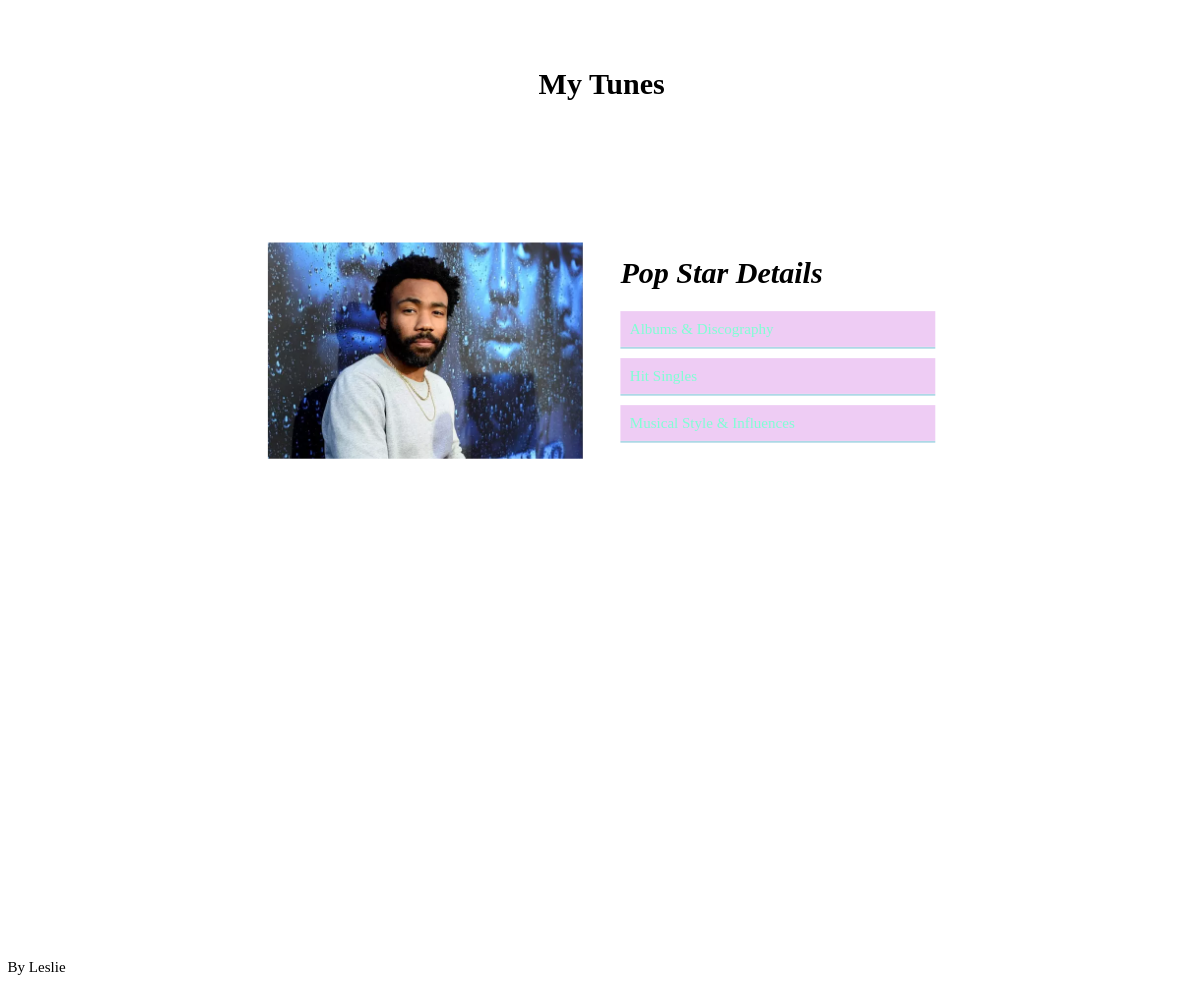
Repository: leslie179/labOne
Page: /
The author's editor kept a copy of each file at every save. The page is drawn from the files as they stood at one save, then again after the next save.
The browser window is 1280 px wide. The pictures show the whole page, at 94% of full size.
The project was rebuilt for these pictures with package versions that can differ from the ones it lists, and the page was loaded fresh each time. The framework's server and built-in components were replaced by stand-ins that run in the browser. Also part of the build but not shown: next.config.js, components/Footer/Footer.module.css.

Above is the page before, as saved 2024-09-15 22:41:57.

After the next save:
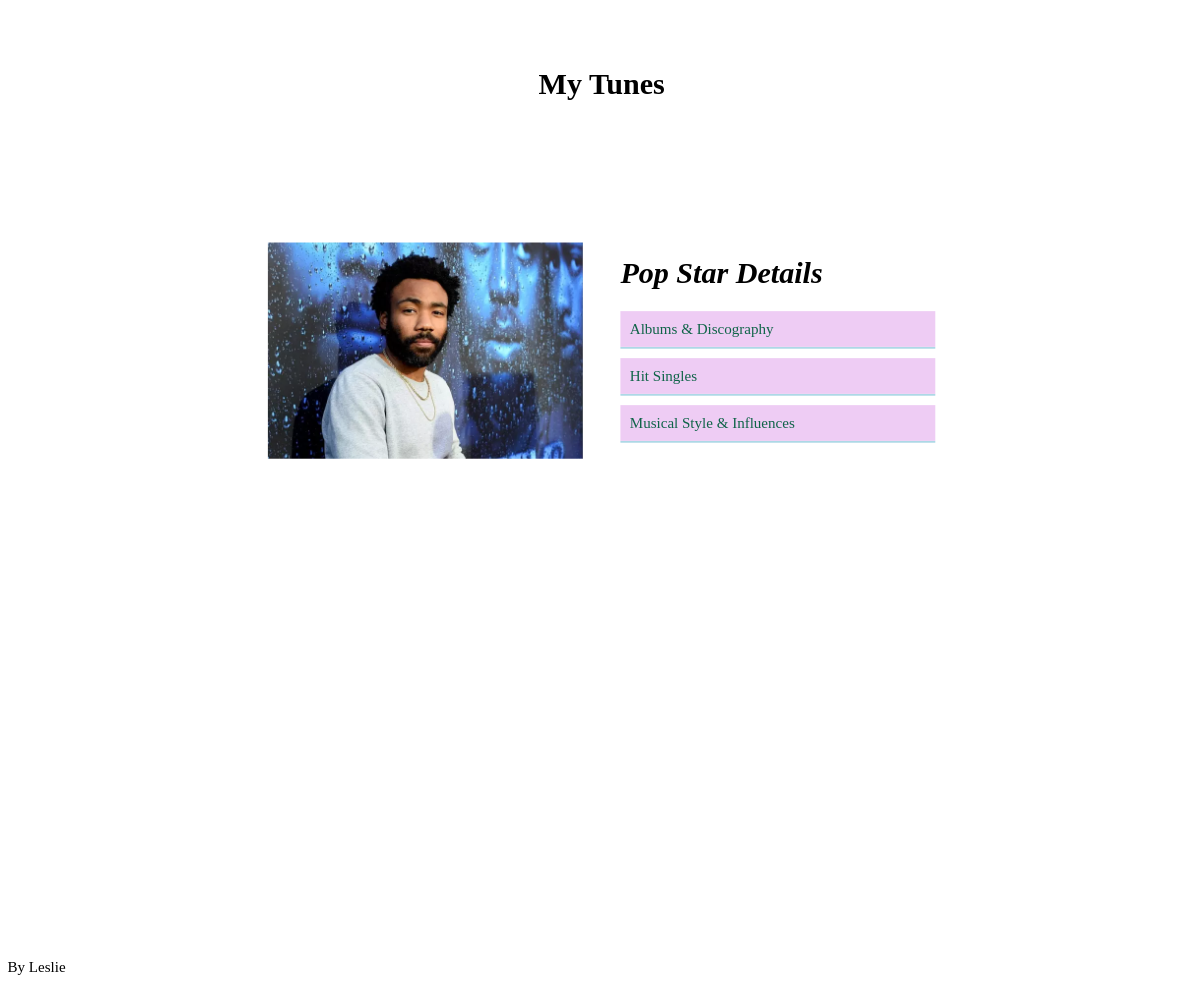
Saved 5 s later.
--- a/components/RightComponent/RightComponent.module.css
+++ b/components/RightComponent/RightComponent.module.css
@@ -17,7 +17,7 @@
     cursor: pointer;
     padding: 10px;
     background-color: #eeccf4;
-    color: aquamarine;
+    color: rgb(15, 100, 72);
 }
 
 .content {
